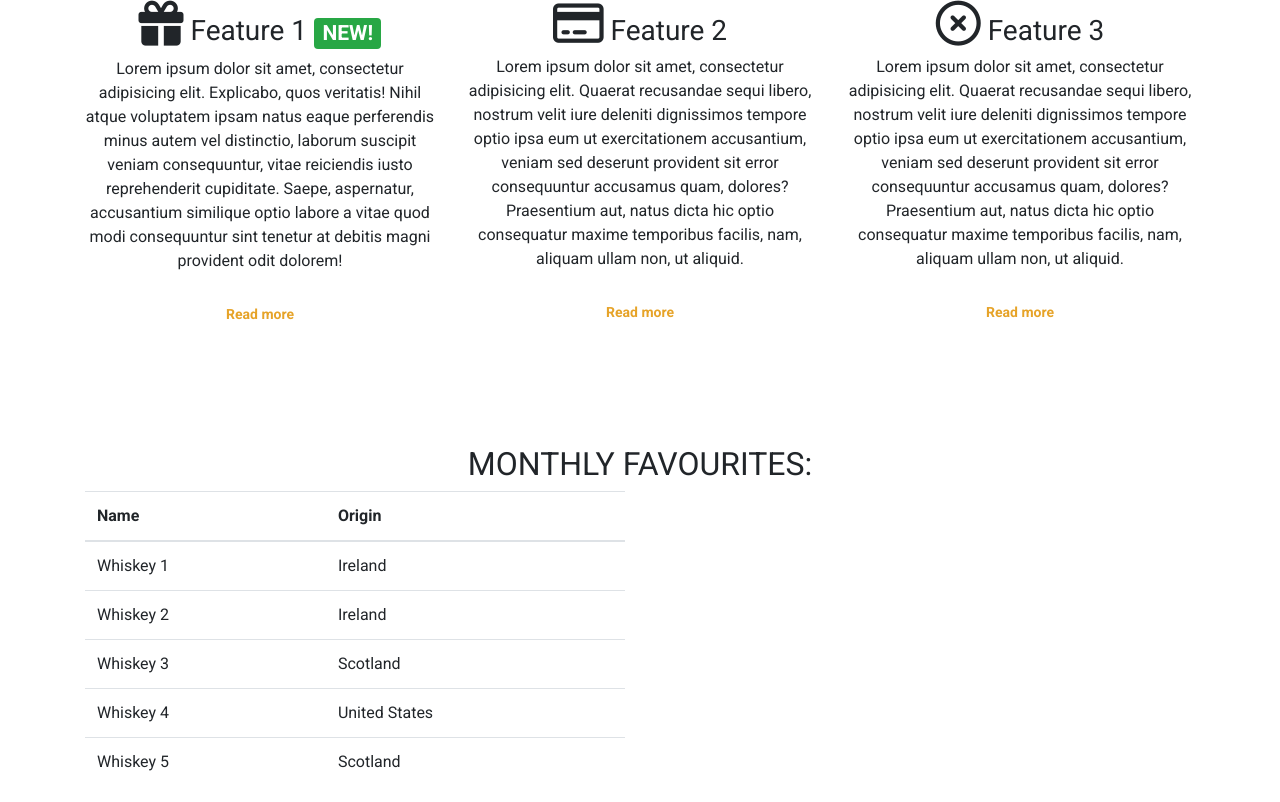
Repository: Sarani1612/whiskey-drop
Page: index.html
The author's editor kept a record of every edit. The page is drawn from the files as they stood at one moment, then again after the next edit.
The browser window is 1280 px wide. The pictures show the part of the page from y = 1213 to 2165 px (the page is 2015 px tall before and 2165 px after).
Backgrounds fixed to the window are drawn as part of the page. Some web libraries are served in a nearby version.

Above is the page before.
Console error: TypeError: Cannot read properties of undefined (reading 'fn')

### index.html
<!DOCTYPE html>
<html lang="en">

<head>
    <meta charset="UTF-8">
    <meta name="viewport" content="width=device-width, initial-scale=1.0">
    <meta http-equiv="X-UA-Compatible" content="ie=edge">
    <link rel="stylesheet" href="https://stackpath.bootstrapcdn.com/bootstrap/4.3.1/css/bootstrap.min.css" integrity="sha384-ggOyR0iXCbMQv3Xipma34MD+dH/1fQ784/j6cY/iJTQUOhcWr7x9JvoRxT2MZw1T" crossorigin="anonymous">
    <script src="https://stackpath.bootstrapcdn.com/bootstrap/4.3.1/js/bootstrap.min.js" integrity="sha384-JjSmVgyd0p3pXB1rRibZUAYoIIy6OrQ6VrjIEaFf/nJGzIxFDsf4x0xIM+B07jRM" crossorigin="anonymous"></script>
    <script src="https://kit.fontawesome.com/f41741c87d.js"></script>
    <link href="https://fonts.googleapis.com/css?family=Roboto:400,700&display=swap" rel="stylesheet">
    <link rel="stylesheet" href="css/main.css" type="text/css" />
    <title>Whiskey Drop | Taste a new whiskey every month</title>
</head>

<body>
    <div class="container-fluid navalert-container">
        <div class="container-fluid alert-container">
            <div class="row d-none d-sm-block">
                <div class="col-12">
                    <div class="site-wide-alert alert alert-warning">
                        <strong>Sale Now On!</strong> We've got a sale on. Get a 12-month subscription for the price of 6!
                        <a href="/">See here for details</a>
                    </div>
                </div>
            </div>
        </div>

        <nav class="navbar navbar-dark navbar-expand-sm">
            <a href="/" class="navbar-brand">Whiskey Drop</a>

            <button class="navbar-toggler ml-auto" type="button" data-toggle="collapse" data-target="#navbarNavDropdown" aria-controls="navbarNavDropdown" aria-expanded="false" aria-label="Toggle navigation">
    <span class="navbar-toggler-icon"></span></button>

            <div class="collapse navbar-collapse" id="navbarNavDropdown">
                <ul class="navbar-nav mr-auto">
                    <li class="active nav-item mr-2"><a class="nav-link" href="/">Home</a></li>
                    <li class="nav-item mr-2"><a class="nav-link" href="">About</a></li>
                    <li class="nav-item dropdown">
                        <a class="nav-link dropdown-toggle" href="#" id="navbarDropdownMenuLink" role="button" data-toggle="dropdown" aria-haspopup="true" aria-expanded="false">
          Whiskeys
        </a>
                        <div class="dropdown-menu" aria-labelledby="navbarDropdownMenuLink">
                            <a class="dropdown-item" href="#">Irish</a>
                            <a class="dropdown-item" href="#">Scotch</a>
                            <a class="dropdown-item" href="#">Japanese</a>
                            <a class="dropdown-item" href="#">American</a>
                        </div>
                    </li>

                    <li class="nav-item mr-2 d-block d-sm-none"><a class="nav-link" href="">Sign In / Sign Up</a></li>
                </ul>
            </div>
            <div class="d-none d-md-block">
                <p class="navbar-text my-auto mr-2"><i>Great whiskey delivered to your door</i></p>
                <a href="/login" class="btn btn--cta btn--red">Sign In / Sign Up</a>
            </div>
        </nav>
    </div>

    <div class="container-fluid callout-container">
        <!-- Callout -->
        <div class="opaque-overlay">&nbsp;</div>
        <div class="row">
            <div class="col-12">
                <section class="callout jumbotron text-center">
                    <h1 class="jumbotron-header">The finest whiskeys delivered to your doorstep</h1>
                    <hr class="block-divider block-divider--orange">
                    <p class="lead">Sign up today to start receiving the world's best whiskeys every month.
                        <s class="d-none d-sm-inline">19.99€</s>
                        <span class="d-inline d-sm-none"><br></span>
                        <strong><mark>One is free!</mark></strong></p>
                    <button class="btn btn-lg btn--cta btn--red" data-toggle="modal" data-target="#signUpModal">Sign Up!</button>
                    <p class="text-muted"><small>You must be over 18 to sign up to our service. Pease drink responsibly.</small></p>
                </section>
            </div>
        </div>
        <!-- /.Callout -->
    </div>

    <!-- Quotes -->
    <div class="container quotes-container content-container">
        <section class="quotes">
            <div class="row">
                <div class="col-12 page-header">
                    <h2 class="text-uppercase">Quotes:</h2>
                    <hr class="block-divider block-divider--short">
                </div>
            </div>
            <div class="row">
                <div class="col-12 col-md-6">
                    <div class="media">
                        <div class="d-none d-sm-block">
                            <img src="Images/girl-image.png" class="rounded-circle mr-3" height=100 width=100>
                        </div>
                        <div class="media-body">
                            <blockquote class="blockquote">
                                <p>I've been introduced to more than 10 great international whiskeys</p>
                                <p>Jane Doe</p>
                            </blockquote>
                        </div>
                    </div>
                </div>
                <div class="col-12 col-md-6">
                    <div class="media">
                        <div class="d-none d-sm-block">
                            <img src="Images/guy-image.png" class="rounded-circle mr-3" height=100 width=100>
                        </div>
                        <div class="media-body">
                            <blockquote class="blockquote">
                                <p>I haven't been sober for months!</p>
                                <p>Jane Doe</p>
                            </blockquote>
                        </div>
                    </div>
                </div>
            </div>
        </section>
        <!-- /.quotes -->
    </div>

    <!-- Features -->
    <div class="container features-container content-container">
        <section class="features">
            <div class="row">
                <div class="col-12 page-header">
                    <h2 class="text-uppercase">Features:</h2>
                </div>
            </div>
            <div class="row">
                <div class="col-12 col-md-6 col-lg-4">
                    <div class="feature">
                        <h3><i class="fas fa-gift d-none d-sm-inline"></i> Feature 1 <span class="badge badge-success">NEW!</span></h3>
                        <p>Lorem ipsum dolor sit amet, consectetur adipisicing elit. Explicabo, quos veritatis! Nihil atque voluptatem ipsam natus eaque perferendis minus autem vel distinctio, laborum suscipit veniam consequuntur, vitae reiciendis iusto
                            reprehenderit cupiditate. Saepe, aspernatur, accusantium similique optio labore a vitae quod modi consequuntur sint tenetur at debitis magni provident odit dolorem!</p>
                        <p><a class="btn btn-sm btn-light" href="">Read more</a></p>
                    </div>
                </div>
                <div class="col-12 col-md-6 col-lg-4">
                    <div class="feature">
                        <h3><i class="far fa-credit-card d-none d-sm-inline"></i> Feature 2</h3>
                        <p>Lorem ipsum dolor sit amet, consectetur adipisicing elit. Quaerat recusandae sequi libero, nostrum velit iure deleniti dignissimos tempore optio ipsa eum ut exercitationem accusantium, veniam sed deserunt provident sit error consequuntur
                            accusamus quam, dolores? Praesentium aut, natus dicta hic optio consequatur maxime temporibus facilis, nam, aliquam ullam non, ut aliquid.</p>
                        <p><a class="btn btn-sm btn-light" href="">Read more</a></p>
                    </div>
                </div>
                <div class="col-12 d-md-none d-lg-block col-lg-4">
                    <div class="feature">
                        <h3><i class="far fa-times-circle d-none d-sm-inline"></i> Feature 3</h3>
                        <p>Lorem ipsum dolor sit amet, consectetur adipisicing elit. Quaerat recusandae sequi libero, nostrum velit iure deleniti dignissimos tempore optio ipsa eum ut exercitationem accusantium, veniam sed deserunt provident sit error consequuntur
                            accusamus quam, dolores? Praesentium aut, natus dicta hic optio consequatur maxime temporibus facilis, nam, aliquam ullam non, ut aliquid.</p>
                        <p><a class="btn btn-sm btn-light" href="">Read more</a></p>
                    </div>
                </div>
            </div>
        </section>
        <!-- /.Features -->
    </div>

    <!-- Monthly Favourites -->
    <div class="container monthly-container">
        <section>
            <div class="row">
                <div class="col-12 page-header">
                    <h2 class="text-uppercase">Monthly Favourites:</h2>
                </div>
            </div>
            <div class="row">
                <div class="col-6">
                    <table class="table">
                        <thead>
                            <tr>
                                <th scope="col">Name</th>
                                <th scope="col">Origin</th>
                            </tr>
                        </thead>
                        <tbody>
                            <tr>
                                <td>Whiskey 1</td>
                                <td>Ireland</td>
                            </tr>
                            <tr>
                                <td>Whiskey 2</td>
                                <td>Ireland</td>
                            </tr>
                            <tr>
                                <td>Whiskey 3</td>
                                <td>Scotland</td>
                            </tr>
                            <tr>
                                <td>Whiskey 4</td>
                                <td>United States</td>
                            </tr>
                            <tr>
                                <td>Whiskey 5</td>
                                <td>Scotland</td>
                            </tr>
                        </tbody>
                    </table>
                </div>
            </div>
        </section>
    </div>
    <!-- /.Monthly favourites -->

    <div class="modal" tabindex="-1" role="dialog" id="signUpModal">
        <div class="modal-dialog" role="document">
            <div class="modal-content">
                <div class="modal-header">
                    <h5 class="modal-title">Sign up to Whiskey Drop!</h5>
                    <button type="button" class="close" data-dismiss="modal" aria-label="Close">
          <span aria-hidden="true">&times;</span>
        </button>
                </div>
                <div class="modal-body">
                    <form>
                        <div class="form-group">
                            <label for="exampleInputEmail1">Email address</label>
                            <input type="email" class="form-control" id="exampleInputEmail1" aria-describedby="emailHelp" placeholder="Enter email">
                            <small id="emailHelp" class="form-text text-muted">We'll never share your email with anyone else.</small>
                        </div>
                        <div class="form-group">
                            <label for="password">Password</label>
                            <input type="password" class="form-control" id="password" placeholder="Password">
                        </div>
                        <div class="form-group">
                            <label for="repeatPassword">Repeat password</label>
                            <input type="password" class="form-control" id="repeatPassword" placeholder="Repeat password">
                        </div>
                        <button type="submit" class="btn btn-success">Submit</button>
                    </form>
                </div>
            </div>
        </div>
    </div>

    <script src="https://code.jquery.com/jquery-3.3.1.slim.min.js" integrity="sha384-q8i/X+965DzO0rT7abK41JStQIAqVgRVzpbzo5smXKp4YfRvH+8abtTE1Pi6jizo" crossorigin="anonymous"></script>
    <script src="https://cdnjs.cloudflare.com/ajax/libs/popper.js/1.14.7/umd/popper.min.js" integrity="sha384-UO2eT0CpHqdSJQ6hJty5KVphtPhzWj9WO1clHTMGa3JDZwrnQq4sF86dIHNDz0W1" crossorigin="anonymous"></script>
    <script src="https://stackpath.bootstrapcdn.com/bootstrap/4.3.1/js/bootstrap.min.js" integrity="sha384-JjSmVgyd0p3pXB1rRibZUAYoIIy6OrQ6VrjIEaFf/nJGzIxFDsf4x0xIM+B07jRM" crossorigin="anonymous"></script>
</body>

</html>

### css/main.css
body {
    font-family: 'Roboto', sans-serif;
}

.container-wrapper {

}

.container-wrapper--red {
    background-color: #e6a328;
    color: white;
}

.alert-container .col-12 {
    padding-left: 0;
    padding-right: 0;
}

.site-wide-alert {
    color: #544600;
    background-color: #eec802;
    border-color: #eec802;
    border-radius: 0;
    margin-bottom: 0;
    padding: 5px 15px;
    border: 1px solid transparent;
}


.callout-container {
    height: 100vh;
    background: url("../Images/american-whiskey-bourbon-bourbon-whiskey-750077.jpg") no-repeat bottom right fixed;
    -webkit-background-size: cover;
    -moz-background-size: cover;
    -o-background-size: cover;
    background-size: cover;

    display: flex;
    align-items: center;
    justify-content: center;
    position: relative;
}

.opaque-overlay{
    position: absolute;
    top: 0;
    left: 0;
    height: 100%;
    width: 100%;
    background-color: rgba(0,0,0,0.5);
}

/*Content containers*/

.content-container {
    padding-top: 75px;
    padding-bottom: 75px;
}

/*Navbar*/

.navalert-container {
    position: absolute;
    top: 0;
    left: 0;
    z-index: 1;
    padding-left: 0;
    padding-right: 0;
}

.navbar {
    margin-bottom: 0;
    border: 0;
    width: 100%;
    background-color: rgba(0,0,0,0.25);
}

.navbar .navbar-togger {
    border: 0;
}

.navbar .navbar-brand {
    font-weight: bold;
}

.navbar .navbar-nav a {
    font-weight: bold;
}

/*Jumbotron */

.jumbotron {
    background-color: transparent;

}

.jumbotron-header {
    color: white;
    font-weight: bold;
    margin-bottom: 30px;
}

.jumbotron .lead {
    color: #f9dd8c;
    margin: 30px 0;
}

.jumbotron small {
    font-size: 60%;
    font-style: italic;
    color: #d0d0d0;
}



.quotes-container {

}

.features-container {

}

/*Page headers*/

.page-header {
    margin-bottom: 0;
    border-bottom: 0;
    text-align: center;
}

.page-header h2 {
    margin-top: 0;
}

.quotes .page-header {
    margin-bottom: 25px;
}

/*Block dividers*/


.block-divider {
    width: 75px;
    height: 5px;
    border: 0;
    background-color: #444;
}

.block-divider--orange {
      background-color: #e6a328;
}

.block-divider--white {
 background-color: white;
}

.block-divider--short {
    width: 35px;
}




/*Buttons*/

.btn--cta {
    font-weight: bold;
    border-radius: 23px;
    width: 160px;
}

.btn--red {
    color: white;
    background-color: #e6a328;
    border-color: #e6a328;
}

.btn--red:hover,
.btn--red:active,
.btn--red:focus,
.btn--red:active:focus {
    border-color: #946b21;
    background-color: #946b21;
    color: white;
}

.feature {
    text-align: center;
    margin-bottom: 40px;
}

.feature i {
    margin-bottom: 20px;
    font-size: 45px;
    line-height: 45px;
}

.feature .btn {
    background-color: white;
    border-color: white;
    border-radius: 15px;
    min-width: 100px;
    font-weight: bold;
    margin-top: 10px;
    color: #e6a328;
}

After the next edit:
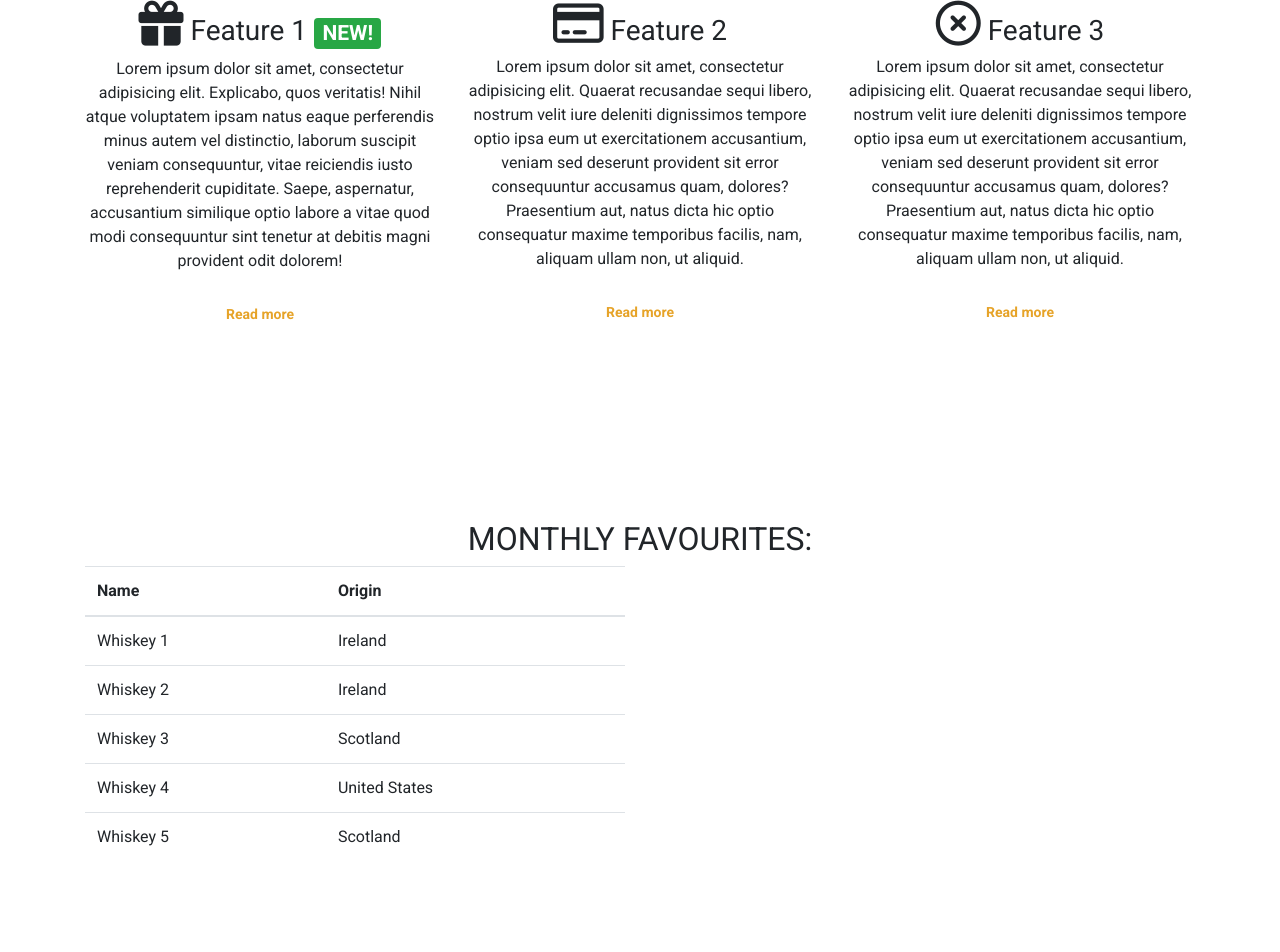
The edit:
--- a/index.html
+++ b/index.html
@@ -158,7 +158,7 @@
     </div>
 
     <!-- Monthly Favourites -->
-    <div class="container monthly-container">
+    <div class="container monthly-container content-container">
         <section>
             <div class="row">
                 <div class="col-12 page-header">
